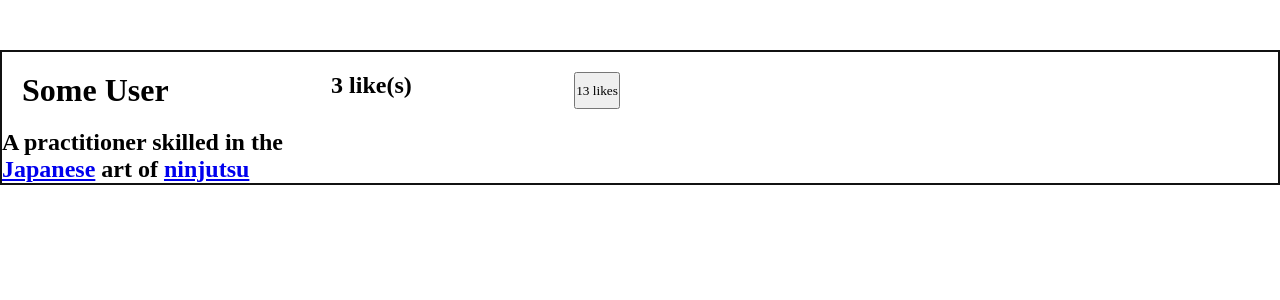
Repository: Blender20/liking_likes
Page: index.html
These files come from the project's save history. The page is drawn as it stood at one moment and after a run of saves; the edit follows.
The browser window is 1280 px wide. The pictures show the whole page.
Some web fonts or font styles are not loaded; a fallback is used.

Above is the page before, as saved 2022-03-29 19:38:27.

### index.html
<!DOCTYPE html>
<html lang="en">

<head>
  <meta charset="UTF-8">
  <meta http-equiv="X-UA-Compatible" content="IE=edge">
  <meta name="viewport" content="width=device-width, initial-scale=1.0">
  <link rel="stylesheet" href="style.css">
  <title>Document</title>
</head>

<body>

  <div class="column ">
    <div class="user flex">
      <h1>Some User</h1>

      <h2>3 like(s)</h2>
      <button onclick="call(this)" id="like">13 likes</button>
    </div>
    <div>
        <h2>A practitioner skilled in the<br> <a href="#">Japanese</a> art of <a href="#">ninjutsu</a></h2>
      </div>

  </div>

  </div>
</body>

</html>

### style.css
@import url('https://fonts.googleapis.com/css2?family=Balsamiq+Sans:ital,wght@0,400;0,700;1,700&display=swap');
  *{
  padding: 0;
  margin: 0;
  box-sizing: border-box;
  font-family: 'Balsamiq Sans', cursive;
}

.flex {
  display: flex;
  justify-content: space-between;
  align-self: center;
}



.column {
  border: 2px solid #111;
  margin-top: 50px;


}
.user{
  padding: 20px;
  flex:1;
  width: 50%;
  margin: auto 0;
}

After the next 5 saves:
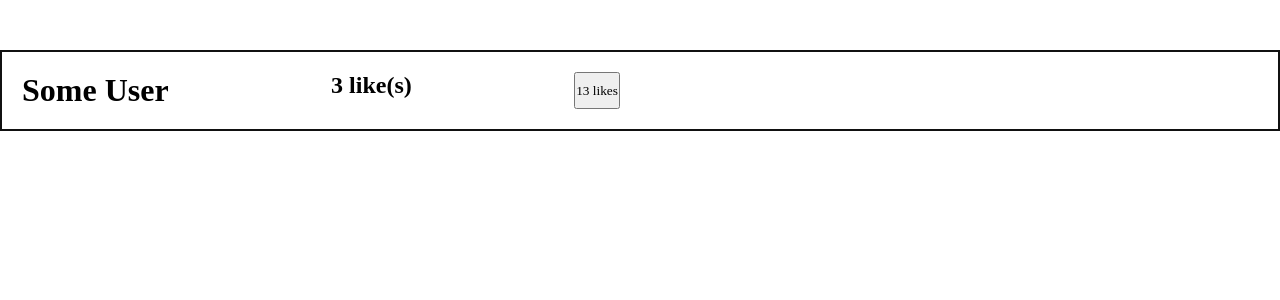
The 5 saves are shown as one change because they came seconds apart.
The last was saved 17 s later.
--- a/index.html
+++ b/index.html
@@ -19,7 +19,7 @@
       <button onclick="call(this)" id="like">13 likes</button>
     </div>
     <div>
-        <h2>A practitioner skilled in the<br> <a href="#">Japanese</a> art of <a href="#">ninjutsu</a></h2>
+        <h2></h2>
       </div>
 
   </div>
